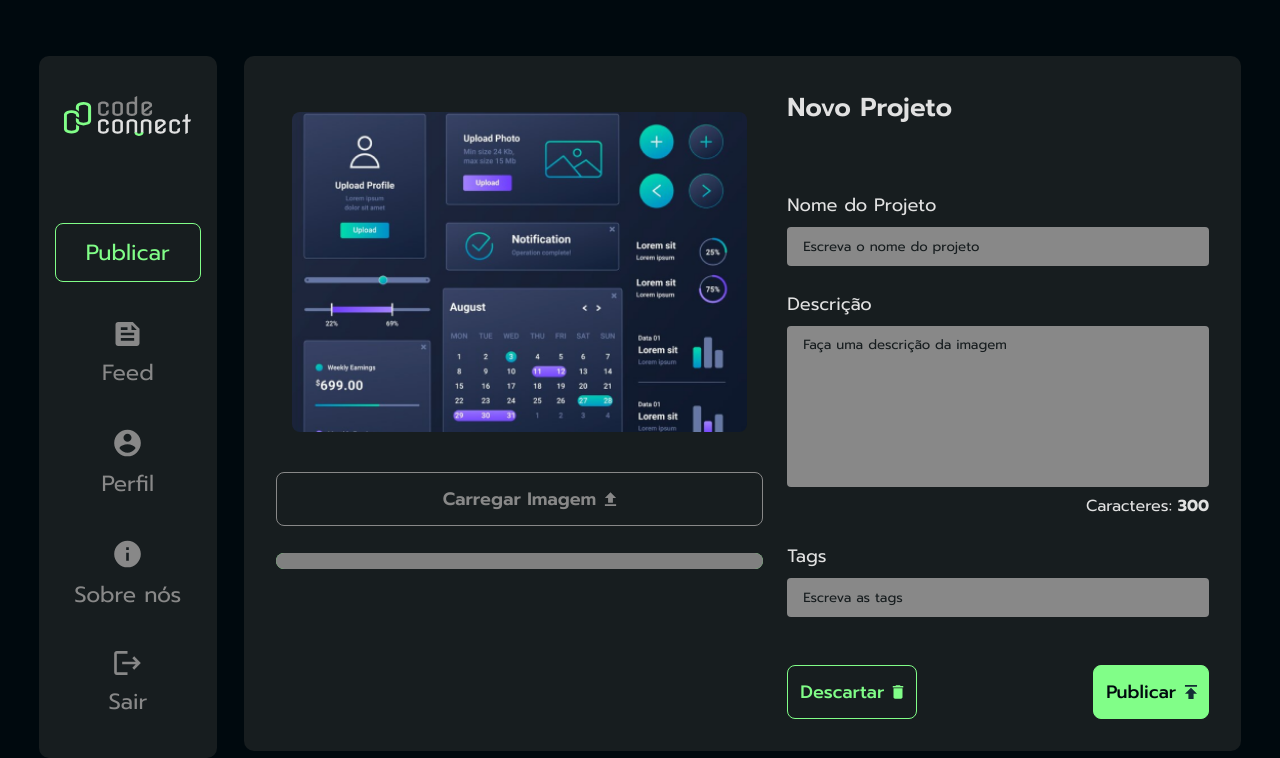
Repository: joaoPraiaJunior/async_await
Page: index.html
These files come from the project's save history. The page is drawn as it stood at one moment and after the next save; the edit follows.
The browser window is 1280 px wide. The pictures show the whole page.

Above is the page before, as saved 2024-08-29 20:58:24.

### index.html
<!DOCTYPE html>
<html lang="pt-BR" dir="ltr">

<head>
    <meta charset="UTF-8">
    <meta name="viewport" content="width=device-width, initial-scale=1.0">
    <meta name="description" content="Projeto Async Await">
    <link rel="preconnect" href="https://fonts.googleapis.com">
    <link rel="preconnect" href="https://fonts.gstatic.com" crossorigin>
    <link href="https://fonts.googleapis.com/css2?family=Prompt:ital,wght@0,100;0,200;0,300;0,400;0,500;0,600;0,700;0,800;0,900;1,100;1,200;1,300;1,400;1,500;1,600;1,700;1,800;1,900&display=swap" rel="stylesheet">
    <link rel="stylesheet" href="./css/styles.css">
    <title>CodeConnect</title>
</head>

<body>
    <aside class="l-lateral">
        <figure><img src="./img/Logo.svg" alt="Logo do codeconnect"></figure>
        <nav class="c-menu">
            <ul class="c-menu__lista">
                <li class="c-menu__item"><a href="#" class="c-menu__link">Publicar</a></li>
                <li class="c-menu__item"><a href="#" class="c-menu__link"><img src="./img/feed.svg" aria-hidden="true" alt>Feed</a></li>
                <li class="c-menu__item"><a href="#" class="c-menu__link"><img src="./img/account_circle.svg" aria-hidden="true" alt>Perfil</a></li>
                <li class="c-menu__item"><a href="#" class="c-menu__link"><img src="./img/info.svg" aria-hidden="true" alt>Sobre nós</a></li>
                <li class="c-menu__item"><a href="#" class="c-menu__link"><img src="./img/logout.svg" aria-hidden="true" alt>Sair</a></li>
            </ul>
        </nav>
    </aside>

    <main class="l-principal">
        <div class="c-upload-imagem">
            <div class="c-upload-imagem__container">
                <figure class="c-upload-imagem__publicacao">
                    <img src="./img/imagem1.png" data-js="imagem" alt>
                </figure>
            </div>
            <button class="c-upload-imagem__botao" aria-label="carregar imagem" data-js="upload-de-imagem" aria-label="carregar-imagem">Carregar Imagem</button>
            <input type="file" name="imagem" id="imagem" accept="image/*" aria-hidden="true" style="display:none" data-js="input-upload-imagem">
            <div class="c-upload-imagem__descricao" data-js="descricao-da-imagem">

            </div>
            <div class="c-upload-imagem__mensagem-erro">
                <p data-js="mensagem-de-erro" aria-hidden="true"></p>
            </div>
            <div class="c-barra-de-progresso">
                <progress class="c-barra-de-progresso__progresso" id="file" value="0" max="100"></progress>
            </div>
        </div>

        <div class="c-formulario">
            <h1 class="c-formulario__titulo">Novo Projeto</h1>
            <form class="c-formulario__acoes" data-js="formulario">

                <div class="c-formulario__grupo">
                    <label for="projeto">Nome do Projeto</label>
                    <input type="text" name="projeto" id="projeto" placeholder="Escreva o nome do projeto">
                </div>
                <div class="c-formulario__grupo">
                    <label for="descricao">Descrição</label>
                    <textarea name="descricao" id="descricao" placeholder="Faça uma descrição da imagem" maxlength="300" data-js="area-de-texto"></textarea>
                    <p class="c-formulario__contador">Caracteres: <strong data-js="contador-de-caracteres">300</strong></p>
                </div>

                <div class="c-formulario__grupo">
                    <label for="tags">Tags</label>
                    <input type="text" name="tags" id="tags" placeholder="Escreva as tags" data-js="input-tags">
                </div>

                <ul class="c-formulario__lista" data-js="formulario-lista-tags">
                </ul>

                <div class="c-formulario__botoes">
                    <button type="reset" class="c-formulario__botao c-formulario__botao--descartar" data-js="botao-excluir-dados-formulario">Descartar</button>
                    <button type="submit" class="c-formulario__botao c-formulario__botao--salvar">Publicar</button>
                </div>
            </form>
        </div>
    </main>

    <script type="module" src="./js/scripts.js"></script>
</body>

</html>

### css/styles.css
:root {
  /* Cores */
  --background-color: #00090e;
  --cor-do-texto: #e1e1e1;
  --cor-primaria: #81fe88;
  --cor-secundaria: #888888;
  --cor-da-tag: #171d1f;
  --componentes-do-background: #171d1f;

  /* Fontes */
  --fonte-padrao: "Prompt", sans-serif;
}

* {
  margin: 0;
  padding: 0;
  box-sizing: border-box;
}

html {
  font-size: 62.5%;
}

body {
  display: flex;
  justify-content: center;
  align-items: start;
  gap: 2.7rem;
  font-family: var(--fonte-padrao);
  font-size: 1.6rem;
  background-color: var(--background-color);
  color: var(--cor-do-texto);
  padding: 5.6rem 0;
  height: 100vh;
}

.l-lateral {
  text-align: center;
  background-color: var(--componentes-do-background);
  border-radius: 1rem;
  padding: 4rem 1.6rem;
}

.c-menu__lista {
  display: flex;
  flex-direction: column;
  align-items: center;
  gap: 4rem;
  margin-top: 8rem;
  list-style-type: none;
}

.c-menu__link {
  display: flex;
  flex-direction: column;
  align-items: center;
  gap: 1rem;
  font-size: 2.2rem;
  text-decoration: none;
  color: var(--cor-secundaria);
}

.c-menu__lista li:first-of-type a {
  color: var(--cor-primaria);
  border: 0.1rem solid var(--cor-primaria);
  border-radius: 0.8rem;
  padding: 1.2rem 3rem;
}

.l-principal {
  display: flex;
  gap: 2.4rem;
  background-color: var(--componentes-do-background);
  border-radius: 1rem;
  padding: 3.2rem;
}

.c-formulario {
  display: flex;
  flex-direction: column;
  gap: 2.4rem;
  width: 42.2rem;
}

.c-formulario__titulo {
  font-size: 2.6rem;
  font-weight: 600;
  margin-bottom: 4rem;
}

.c-formulario__acoes {
  display: flex;
  flex-direction: column;
  gap: 2.4rem;
}

.c-formulario__grupo label {
  display: block;
  font-size: 1.8rem;
  font-weight: 400;
  margin-bottom: 0.8rem;
  cursor: pointer;
}

.c-formulario__grupo input,
textarea {
  background-color: var(--cor-secundaria);
  font-family: var(--fonte-padrao);
  line-height: 2.25rem;
  border: none;
  border-radius: 0.4rem;
  padding: 0.8rem 1.6rem;
  width: 100%;
}

.c-formulario__grupo textarea {
  resize: none;
  height: 16.1rem;
}

.c-formulario__grupo input {
  height: 3.9rem;
}

.c-formulario__grupo input::placeholder, textarea::placeholder {
  color: var(--componentes-do-background);
}

.c-formulario__grupo label {
  cursor: pointer;
}

.c-formulario__lista {
  display: flex;
  gap: 1.0rem;
  flex-wrap: wrap;
  list-style-type: none;
}

.c-formulario__lista-tags {
  display: flex;
  gap: 1rem;
  color: var(--cor-da-tag);
  background-color: var(--cor-secundaria);
  border-radius: 0.4rem;
  padding: 0.4rem 0.8rem;
  cursor: pointer;
}

.c-formulario__botoes {
  display: flex;
  justify-content: space-between;
  gap: 2.4rem;
}

.c-formulario__botao {
  font-family: var(--fonte-padrao);
  font-size: 1.8rem;
  font-weight: 500;
  text-align: center;
  border-radius: 0.8rem;
  padding: 1.2rem 3.2rem 1.2rem 1.2rem;
  cursor: pointer;
}

.c-formulario__botao--descartar,
.c-formulario__botao--salvar {
  position: relative;
}

.c-formulario__botao--descartar {
  color: var(--cor-primaria);
  background-color: var(--componentes-do-background);
  border: 0.1rem solid var(--cor-primaria);
}

.c-formulario__botao--salvar {
  color: var(--background-color);
  background-color: var(--cor-primaria);
  border: 0.1rem solid var(--cor-primaria);
}

.c-formulario__botao--descartar::after,
.c-formulario__botao--salvar::after,
.c-upload-imagem__botao::after {
  content: "";
  display: inline-block;
  position: absolute;
  top: 50%;
  background-size: contain;
  background-repeat: no-repeat;
  margin-left: 0.8rem;
  width: 1.5rem;
  height: 1.5rem;
  transform: translateY(-50%);
}

.c-formulario__botao--descartar::after {
  background-image: url("../img/trash.svg");
}

.c-formulario__botao--salvar::after {
  background-image: url("../img/arrow_forward2.svg");
}

.c-upload-imagem__botao::after {
  background-image: url("../img/upload.svg");
}

.c-formulario__contador {
  text-align: right;
}

.c-upload-imagem__publicacao {
  background-color: var(--secundary-color);
  border-radius: 0.8rem;
  padding: 2.4rem 1.6rem;
  height: 36.8rem;
}

.c-upload-imagem__publicacao img {
  border-radius: 0.8rem;
  object-fit: cover;
  height: 100%;
}

.c-upload-imagem__botao {
  position: relative;
  color: var(--cor-secundaria);
  background-color: var(--componentes-do-background);
  font-family: var(--fonte-padrao);
  font-size: 1.8rem;
  font-weight: 600;
  text-align: center;
  margin: 1.6rem 0 0.8rem 0;
  border: 0.1rem solid var(--cor-secundaria);
  border-radius: 0.8rem;
  padding: 1.2rem;
  width: 100%;
  cursor: pointer;
}

.c-upload-imagem__descricao {
  display: flex;
  gap: 0.8rem;
  color: var(--secundary-color);
  font-size: 1.5rem;
}

.c-upload-imagem__descricao img {
  cursor: pointer;
}

.c-upload-imagem__mensagem-erro {
  margin-top: 1.5rem;
}


.piscar {
  animation: piscar 1.5s infinite;
}

@keyframes piscar {
  0% {
    opacity: 1;
  }
  50% {
    opacity: 0.5;
  }
  100% {
    opacity: 1;
  }
}

.c-botao {
  position: relative;
  background-color: transparent;
  border: none;
  width: .9rem;
  height: 2.2rem;
  cursor: pointer;
}

.c-botao::after {
  content: "";
  position: absolute;
  top: 50%;
  display: inline-block;
  background-size: contain;
  background-repeat: no-repeat;
  width: .9rem;
  height: .9rem;
  transform: translate(-50%, -50%);
}

.c-botao--excluir::after {
  background-image: url("../img/close-black.svg");
}

.c-botao--fechar::after {
  background-image: url("../img/close.svg");
}

.c-barrade-progresso {
 display: none;
}

.c-barra-de-progresso__progresso {
  background-color: var(--cor-primaria);
  border-radius: .8rem;
  width: 100%;
}

.c-barra-de-progresso__progresso[value]::-webkit-progress-bar {
  border-radius: 0.8rem;
}

### js/modulos/contadorDeCaracteres.js
function contadorDeCaracteres() {

    const elementos = {
        areaDeTexto: '[data-js="area-de-texto"]',
        contador: '[data-js="contador-de-caracteres"]',
    }

    const areaDeTexto = document.querySelector(elementos.areaDeTexto);
    const contador = document.querySelector(elementos.contador);
    const limiteDeCaracteres = areaDeTexto.getAttribute('maxlength');

    contador.textContent = parseInt(limiteDeCaracteres) - parseInt(areaDeTexto.value.length);
}

export default contadorDeCaracteres;

### js/modulos/descartarDadosDoFormulario.js
import elementosQueResetamFormulario from './elementosQueResetamFormulario.js';

function descartarDadosDoFormulario(evento) {
    evento.preventDefault();
    elementosQueResetamFormulario();
}

export default descartarDadosDoFormulario;

### js/modulos/excluirImagemApresentada.js
function excluirImagemApresentada(evento) {

    const elementos = {
        imagem: '[data-js="imagem"]',
        descricaoDaImagem: '[data-js="descricao-da-imagem"]',
        inputUploadDeImagem: '[data-js="input-upload-imagem"]',
        uploadDeImagem: '[data-js="upload-de-imagem"]',
    }

    const imagem = document.querySelector(elementos.imagem);
    const descricaoDaImagem = document.querySelector(elementos.descricaoDaImagem);
    const inputUploadDeImagem = document.querySelector(elementos.inputUploadDeImagem);
    const uploadDeImagem = document.querySelector(elementos.uploadDeImagem);
    const botaoExcluir = evento.target.closest('[data-js="botao-excluir-imagem"]');

    if(botaoExcluir){
        imagem.src = './img/imagem1.png';
        descricaoDaImagem.innerHTML = '';
        inputUploadDeImagem.value = ''
        uploadDeImagem.focus();
    }
}

export default excluirImagemApresentada;

### js/modulos/excluirTag.js

function excluirTag(evento) {

    const elementos = {
        formularioListaTags: '[data-js="formulario-lista-tags"]',
    }

    const formularioListaTags = document.querySelector(elementos.formularioListaTags);
    const botaoExcluir = evento.target.closest('[data-js="botao-excluir-tag"]');

    if (botaoExcluir) {
        const tagEscolhida = botaoExcluir.parentElement;
        formularioListaTags.removeChild(tagEscolhida);
    }
}

export default excluirTag;

### js/modulos/uploadDeImagem.js
import descricaoDaImagemEscolhida from './descricaoDaImagemEscolhida.js';
import lerConteudoDoArquivo from './lerConteudoDoArquivo.js';
import manipularMensagemDeErro from './manipularMensagemDeErro.js';

async function uploadDeImagem(evento) {

    const elementos = {
        imagem: '[data-js="imagem"]',
        descricaoDaImagem: '[data-js="descricao-da-imagem"]',
    }

    const imagem = document.querySelector(elementos.imagem);
    const descricaoDaImagem = document.querySelector(elementos.descricaoDaImagem);
    const arquivo = evento.target.files[0];

    if (!arquivo) {

        manipularMensagemDeErro('Nenhum arquivo selecionado.');
        return;

    } else {

        try {
            const conteudoDoArquivo = await lerConteudoDoArquivo(arquivo);
            imagem.src = conteudoDoArquivo.url;
            descricaoDaImagem.innerHTML = descricaoDaImagemEscolhida(arquivo.name);
            manipularMensagemDeErro(null); // Limpa a mensagem

        } catch (erro) {

            manipularMensagemDeErro(erro); // Exibe o erro
        }

    }
}

export default uploadDeImagem;

### js/modulos/exibirTagsDisponiveis.js
import barraDeProgresso from "./barraDeProgresso.js";


let contador = 0;

function exibirTagsDisponiveis(tagTexto) {

    const tagsDisponiveis = [
        "Front-end",
        "Programação",
        "Data Science",
        "Full-stack",
        "HTML",
        "CSS",
        "JavaScript",
        "React",
        "Angular",
        "Vue",
        "Back-end",
    ];

    return new Promise((resolve) => {

        setTimeout(() => {
            resolve(tagsDisponiveis.find(tag => tagTexto.toLowerCase() === tag.toLowerCase()));
            barraDeProgresso(contador);
        }, 1000);

    });
}

export default exibirTagsDisponiveis;

### js/modulos/elementosQueResetamFormulario.js

function elementosQueResetamFormulario() {

    const elementos = {
        imagem: '[data-js="imagem"]',
        descricaoDaImagem: '[data-js="descricao-da-imagem"]',
        formularioListaTags: '[data-js="formulario-lista-tags"]',
        formulario: '[data-js="formulario"]',
        inputUploadDeImagem: '[data-js="input-upload-imagem"]',
    }

    const imagem = document.querySelector(elementos.imagem);
    const descricaoDaImagem = document.querySelector(elementos.descricaoDaImagem);
    const formulario = document.querySelector(elementos.formulario);
    const formularioListaTags = document.querySelector(elementos.formularioListaTags);
    const inputUploadDeImagem = document.querySelector(elementos.inputUploadDeImagem);


    formulario.reset();
    imagem.src = './img/imagem1.png';
    descricaoDaImagem.innerHTML = '';
    formularioListaTags.innerHTML = '';
    inputUploadDeImagem.value = '';
}


export default elementosQueResetamFormulario;

### js/modulos/publicarDadosDoProjeto.js
import dadosNoLocalStorage from './dadosNoLocalStorage.js';
import validaDadosFormulario from './validaDadosFormulario.js';

async function publicarDadosDoProjeto(dados) {


    return new Promise((resolve, reject) => {
        setTimeout(() => {
            const erroDados = validaDadosFormulario(dados);

            if (erroDados) {
                return reject(erroDados);
            }

            const envio = dadosNoLocalStorage(dados);

            if (envio) {
                resolve('Projeto publicado com sucesso');

            } else {
                reject('Erro ao publicar projeto');
            }
        }, 2000);

    });
}

export default publicarDadosDoProjeto;

### js/modulos/descricaoDaImagemEscolhida.js
function descricaoDaImagemEscolhida(nomeDaImagem) {

    const paragrafo = document.createElement('p');
    paragrafo.textContent = nomeDaImagem;
    const botao = document.createElement('button');
    botao.classList.add('c-botao', 'c-botao--fechar');
    botao.setAttribute('aria-label', 'Exluir imagem');
    botao.setAttribute('type', 'button');
    botao.dataset.js = 'botao-excluir-imagem';

    return `${paragrafo.outerHTML} ${botao.outerHTML}`;

}

export default descricaoDaImagemEscolhida;

### js/modulos/lerConteudoDoArquivo.js

import validaImagem from './validaImagem.js';

function lerConteudoDoArquivo(arquivo) {

    return new Promise((resolve, reject) => {
        const leitor = new FileReader();
        leitor.onload = () => {

            const erro = validaImagem(arquivo)

            if (erro) {
                return reject(erro);
            }

            resolve({ url: leitor.result, nome: arquivo.name });
        }

        leitor.onerror = () => {
            reject(`Erro na leitura do arquivo ${arquivo.name}`);
        }

        leitor.readAsDataURL(arquivo);
    });
}

export default lerConteudoDoArquivo;

### js/modulos/barraDeProgresso.js
function barraDeProgresso(contador) {
    console.log(`Progresso: ${contador + 1 * 100}%`);
}

export default barraDeProgresso;

### js/modulos/dadosNoLocalStorage.js
import elementosQueResetamFormulario from './elementosQueResetamFormulario.js';
import lerConteudoDoArquivo from './lerConteudoDoArquivo.js';

async function dadosNoLocalStorage(dados) {

    const projetoNoLOcalStorage = JSON.parse(localStorage.getItem('Projeto')) || [];

    const { nomeDoProjeto, descricaoDoProjeto, tags, imagemDoProjeto } = dados;



    const imagem = await lerConteudoDoArquivo(imagemDoProjeto.files[0]);
    const nomeDaImagem = imagem.nome;
    const urlDaImagem = imagem.url;

    const dadosDoProjeto = {
        nomeDoProjeto: nomeDoProjeto.value,
        descricaoDoProjeto: descricaoDoProjeto.value,
        tags: tags,
        urlDaImagem: urlDaImagem,
        nomeDaImagem: nomeDaImagem
    };

    projetoNoLOcalStorage.push(dadosDoProjeto);

    localStorage.setItem('Projeto', JSON.stringify(projetoNoLOcalStorage));

    elementosQueResetamFormulario();
}

export default dadosNoLocalStorage;

### js/modulos/validaDadosFormulario.js
import validaInputFile from "./validaInputFile.js";
import validaInputs from "./validaInputs.js";
import verificaListaDeTags from "./verificaListaDeTags.js";


function validaDadosFormulario(dados) {

    const {nomeDoProjeto, descricaoDoProjeto, tags, imagemDoProjeto} = dados;

    if(!validaInputFile(imagemDoProjeto)) {
        return 'Adicione uma imagem ao projeto';
    }

    if(!validaInputs(nomeDoProjeto, descricaoDoProjeto)) {
        return 'Verifique se os campos Nome do Projeto e Descrição estão preenchidos';
    }

    if(!verificaListaDeTags(tags)) {
        return 'Adicione pelo menos uma tag';
    }

    return null; // Se erro.
}

export default validaDadosFormulario;

### js/modulos/validaImagem.js
import validaExtensaoDaImagem from './validaExtensaoDaImagem.js';
import validaTamanhoDaImagem from './validaTamanhoDaImagem.js';

function validaImagem(arquivo) {

    if (!validaExtensaoDaImagem(arquivo)) {
        return 'Extensão não permitida. Por favor, envie uma imagem no formato JPEG, PNG, JPG ou GIF';
    }

    if (!validaTamanhoDaImagem(arquivo)) {
        return 'Tamanho da imagem não permitido. Por favor, envie uma imagem de até 2MB';
    }

    return null; // Sem erro
}

export default validaImagem;

### js/modulos/validaInputFile.js
function validaInputFile(imagemDoProjeto) {
    if(imagemDoProjeto.files.length === 0) {
        return false;
    }

    return true;
}

export default validaInputFile;

### js/modulos/validaInputs.js
function validaInputs(nomeDoProjeto, descricaoDoProjeto) {

    if(!nomeDoProjeto.value || !descricaoDoProjeto.value) {
        return false;
    }

    return true;
}

export default validaInputs;

### js/modulos/verificaListaDeTags.js


function verificaListaDeTags(tags) {
    if(tags.length === 0 || !Array.isArray(tags)) {
        return false;
    }

    return true;
}

export default verificaListaDeTags;

### js/modulos/validaExtensaoDaImagem.js
function validaExtensaoDaImagem(arquivo) {

    const extensoesPermitidas = ['image/jpeg', 'image/png', 'image/jpg', 'image/gif'];
    return extensoesPermitidas.includes(arquivo.type);
}

export default validaExtensaoDaImagem;

### js/modulos/validaTamanhoDaImagem.js
function validaTamanhoDaImagem(arquivo) {

    const tamanhoPermitidoDoisMB = 1024 * 1024 * 2;
    return arquivo.size <= tamanhoPermitidoDoisMB;
}

export default validaTamanhoDaImagem;

Loaded but not shown: js/scripts.js (48 lines, source omitted); js/modulos/criarTagsDoProjeto.js (46 lines, source omitted); js/modulos/manipularMensagemDeErro.js (44 lines, source omitted); js/modulos/enviarDados.js (31 lines, source omitted)

After the next save:
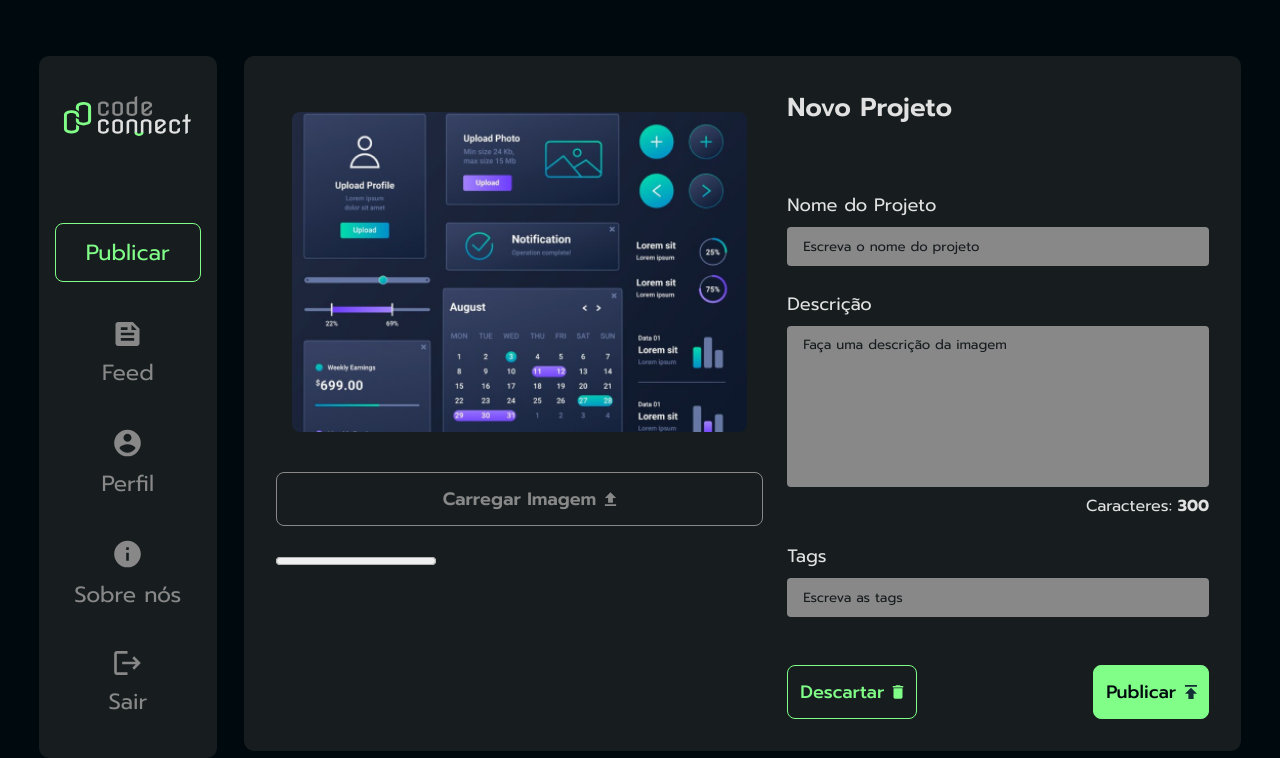
Saved 90 s later.
--- a/css/styles.css
+++ b/css/styles.css
@@ -305,10 +305,10 @@
  display: none;
 }
 
-.c-barra-de-progresso__progresso {
+
+.c-barra-de-progresso__progresso[value]::-webkit-progress-value {
   background-color: var(--cor-primaria);
-  border-radius: .8rem;
-  width: 100%;
+  border-radius: 0.8rem;
 }
 
 .c-barra-de-progresso__progresso[value]::-webkit-progress-bar {

After the save that followed:
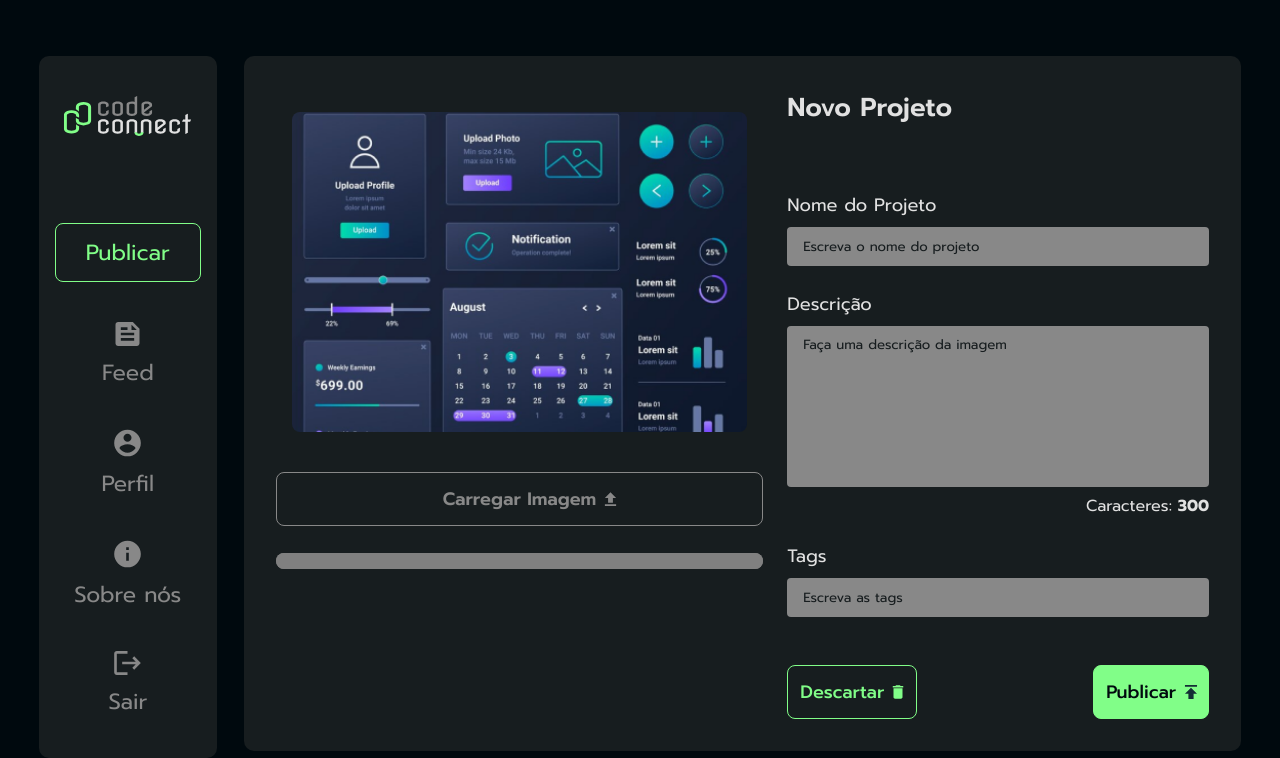
Saved 41 s later.
--- a/css/styles.css
+++ b/css/styles.css
@@ -302,7 +302,14 @@
 }
 
 .c-barrade-progresso {
- display: none;
+  display: none;
+}
+
+.c-barra-de-progresso__progresso {
+  width: 100%;
+  height: 1.6rem;
+  border-radius: 0.8rem;
+  background-color: var(--cor-secundaria);
 }
 
 
